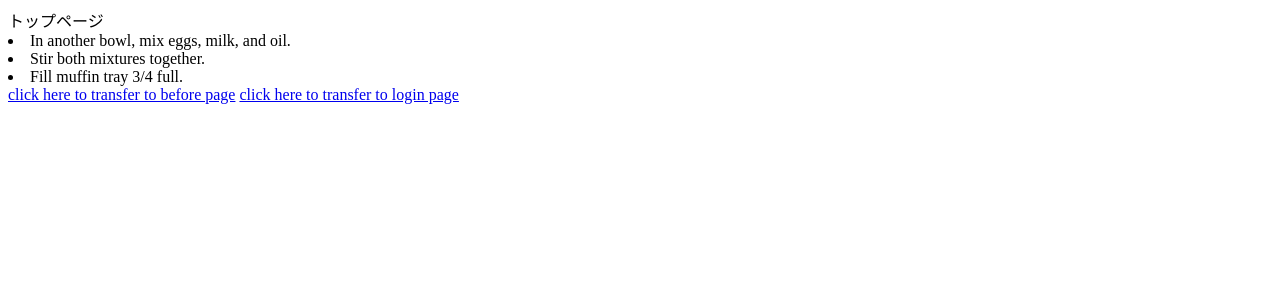
Repository: Mochacha1950/super-duper-octo-potato
Page: http://localhost/index
The author's editor kept a copy of each file at every save. The page is drawn from the files as they stood at one save, then again after the next save.
The browser window is 1280 px wide. The pictures show the whole page.
The page is this project's Thymeleaf template; nobody is signed in. The template is opened directly, without the code that normally fills it, so the values that code supplies are empty.

Above is the page before, as saved 2024-07-16 04:36:08.

### eclipseWorkspace/shop/src/main/resources/templates/index.html
<!DOCTYPE html>
<html xmlns:th="http://www.thymeleaf.org">
<head>
<meta charset="UTF-8">
<title>title title</title>
</head>
<body>
	<!--/* asssdsssdsss */-->
	<div>トップページ</div>
	<div>
	<li>In another bowl, mix eggs, milk, and oil.</li>
    <li>Stir both mixtures together.</li>
    <li>Fill muffin tray 3/4 full.</li>
	</div>

	<a th:href="@{/before}">click here to transfer to before page</a>
	<a th:href="@{/login}">click here to transfer to login page</a>
</body>
</html>

After the next save:
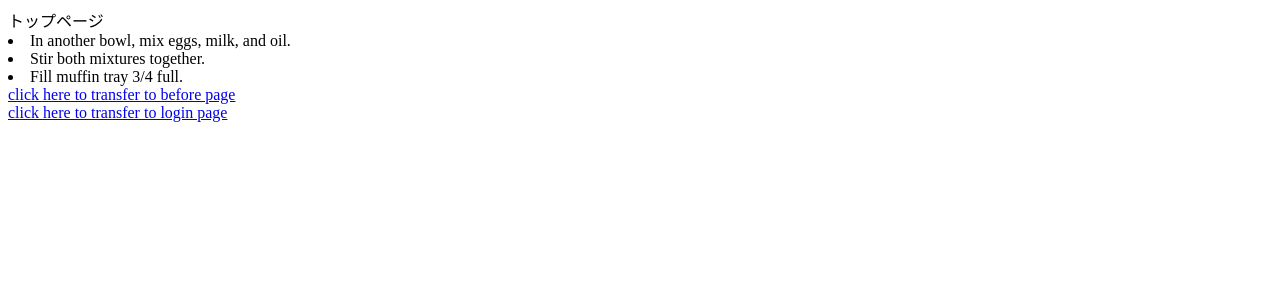
Saved 52 s later.
--- a/eclipseWorkspace/shop/src/main/resources/templates/index.html
+++ b/eclipseWorkspace/shop/src/main/resources/templates/index.html
@@ -13,7 +13,7 @@
     <li>Fill muffin tray 3/4 full.</li>
 	</div>
 
-	<a th:href="@{/before}">click here to transfer to before page</a>
+	<div><a th:href="@{/before}">click here to transfer to before page</a></div>
 	<a th:href="@{/login}">click here to transfer to login page</a>
 </body>
 </html>
